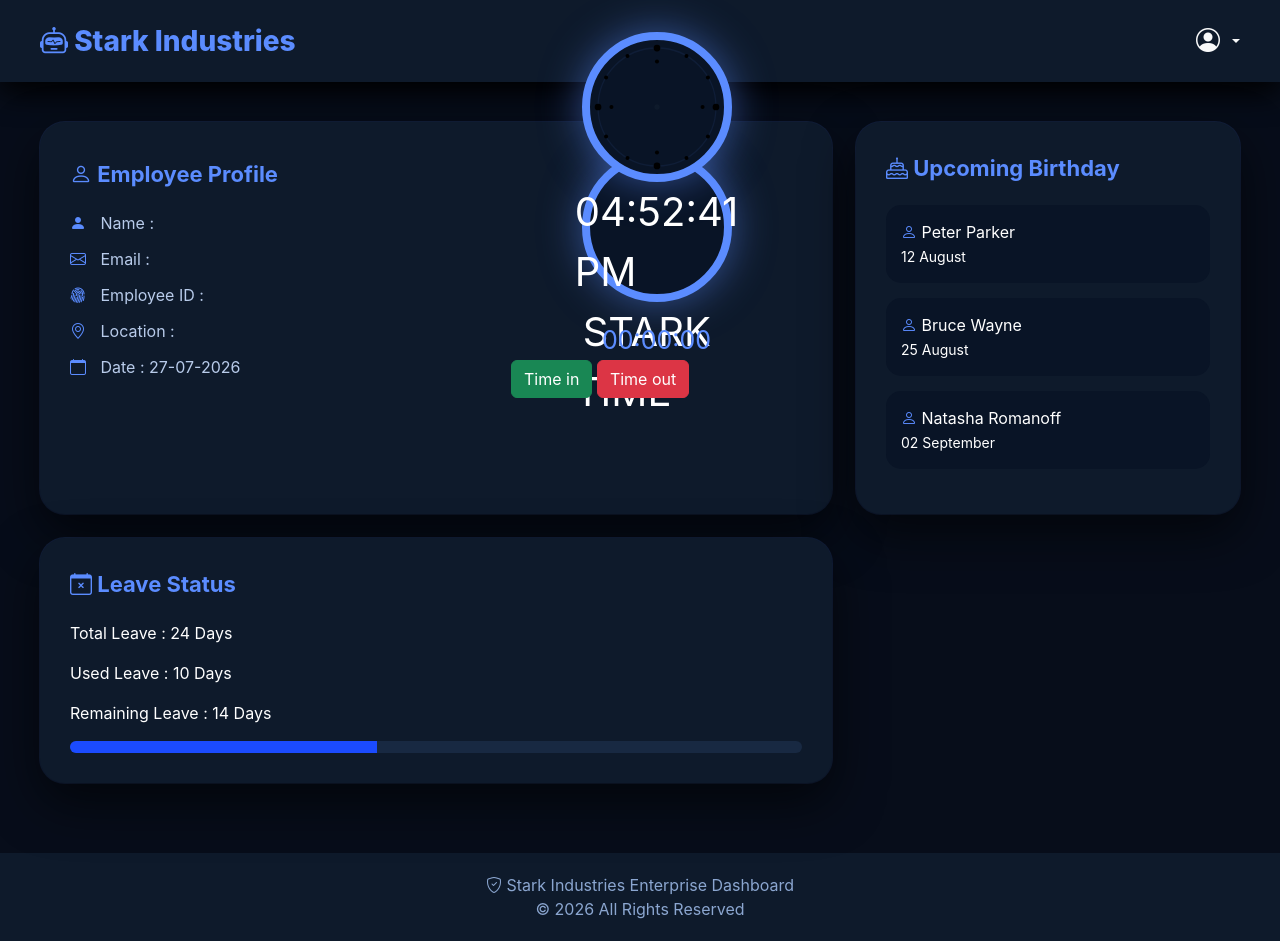
Repository: abhinav050799/office-management-
Page: resources/views/dashboard.blade.php
An editor plug-in stored every save of this project. The page is shown before and after the next save, followed by the edit.
The browser window is 1280 px wide. The pictures show the whole page.
The page is served by the project's Laravel application, run on PHP 8.4 with Laravel 12. Other server files are loaded and not shown. The template is opened directly, without the code that normally fills it, so the values that code supplies are empty.

Above is the page before, as saved 2026-07-27 17:07:03.

### routes/web.php
<?php

use Illuminate\Support\Facades\Route;
use App\Http\Controllers\UserController;
Route::get('/', function () {
    return view('welcome');
});

Route::controller(UserController::class)->group(function(){
Route::get('/login', 'loginForm')->name('login');
Route::get('/register', 'registerForm')->name('register');
Route::post('/registeruser', 'register')->name('registeruser');
Route::post('/loginUser', 'login')->name('loginUser');
Route::get('/dashboard','dashboard')->name('dashboard');
Route::post('/logout', 'logout')->name('logout');
Route::get('/profile', 'profile')->name('profile');
Route::post('/profileUpdate', 'profileUpdate')->name('profileUpdate');
});

### resources/views/dashboard.blade.php
@include('layout.header')


    <!-- DASHBOARD -->


    <div class="dashboard">


        <div class="row g-4">


            <!-- LEFT USER BOX -->


            <div class="col-lg-8">


                <div class="card-box">


                    <div class="row align-items-center">


                        <!-- USER DETAILS -->

                        <div class="col-md-7">


                            <div class="title">

                                <i class="bi bi-person"></i>
                                Employee Profile

                            </div>


                            <div class="user-detail">


                                <p>
                                    <i class="bi bi-person-fill"></i>
                                    Name : {{ $data->name }}
                                </p>


                                <p>
                                    <i class="bi bi-envelope"></i>
                                    Email : {{ $data->email }}
                                </p>


                                <p>
                                    <i class="bi bi-fingerprint"></i>
                                    Employee ID : {{ $data->account_id }}
                                </p>


                                <p>
                                    <i class="bi bi-geo-alt"></i>
                                    Location : {{ $data->address }}
                                </p>


                                <p>
                                    <i class="bi bi-calendar"></i>
                                    Date : {{ now()->format('d-m-Y') }}
                                </p>


                            </div>


                        </div>



                        <!-- WATCH -->


                        <div class="col-md-5">


                            <div class="watch">

                                <!-- <i class="bi bi-clock"></i> -->

                                 <div class="clock-card">

    <!-- MODERN WATCH FACE (SVG) -->
    <div class="watch" id="watchFace">
      <svg viewBox="0 0 100 100" class="clock-svg" id="clockSvg">
        <!-- HOUR MARKERS (12, 3, 6, 9) -->
        <circle cx="50" cy="50" r="44" fill="none" stroke="rgba(91,140,255,0.08)" stroke-width="1"/>

        <!-- 12 major markers (only 4 are big, rest small) -->
        <g id="markers">
          <!-- will be generated by JS but we can hardcode a few for demo -->
          <circle cx="50" cy="6" r="2.5" class="marker-major"/>
          <circle cx="50" cy="94" r="2.5" class="marker-major"/>
          <circle cx="6" cy="50" r="2.5" class="marker-major"/>
          <circle cx="94" cy="50" r="2.5" class="marker-major"/>

          <!-- minor markers (approx) -->
          <circle cx="50" cy="16" r="1.5" class="marker"/>
          <circle cx="50" cy="84" r="1.5" class="marker"/>
          <circle cx="16" cy="50" r="1.5" class="marker"/>
          <circle cx="84" cy="50" r="1.5" class="marker"/>

          <circle cx="72" cy="12" r="1.5" class="marker"/>
          <circle cx="28" cy="12" r="1.5" class="marker"/>
          <circle cx="72" cy="88" r="1.5" class="marker"/>
          <circle cx="28" cy="88" r="1.5" class="marker"/>

          <circle cx="88" cy="28" r="1.5" class="marker"/>
          <circle cx="88" cy="72" r="1.5" class="marker"/>
          <circle cx="12" cy="28" r="1.5" class="marker"/>
          <circle cx="12" cy="72" r="1.5" class="marker"/>
        </g>

        <!-- HANDS (they rotate around 50,50) -->
        <!-- HOUR hand -->
        <line x1="50" y1="50" x2="50" y2="28" class="hand hour-hand" id="hourHand"/>
        <!-- MINUTE hand -->
        <line x1="50" y1="50" x2="50" y2="20" class="hand minute-hand" id="minuteHand"/>
        <!-- SECOND hand -->
        <line x1="50" y1="50" x2="50" y2="14" class="hand second-hand" id="secondHand"/>

        <!-- center cap -->
        <circle cx="50" cy="50" class="center-dot"/>
        <circle cx="50" cy="50" r="2" fill="#0e1a2b"/> <!-- inner dot for depth -->
      </svg>
    </div>

    <!-- DIGITAL TIME (matches your .time style but upgraded) -->
    <div class="digital-time" id="clock">00:00:00</div>
    <div class="clock-label">
      <i class="fas fa-clock" style="color: #5b8cff; margin-right: 8px;"></i> STARK TIME
    </div>

  </div>
                            </div>


                            <div class="time" id="clock">

                                00:00:00

                            </div>

                            <div class="timeinout">
                                <button class="btn btn-success">Time in</button>
                                <button class="btn btn-danger">Time out </button>
                            </div>


                        </div>


                    </div>


                </div>



            </div>





            <!-- RIGHT BIRTHDAY BOX -->


            <div class="col-lg-4">


                <div class="card-box">


                    <div class="title">

                        <i class="bi bi-cake"></i>

                        Upcoming Birthday

                    </div>



                    <div class="employee">

                        <i class="bi bi-person"></i>

                        Peter Parker

                        <br>

                        <small>

                            12 August

                        </small>

                    </div>



                    <div class="employee">

                        <i class="bi bi-person"></i>

                        Bruce Wayne

                        <br>

                        <small>

                            25 August

                        </small>

                    </div>



                    <div class="employee">

                        <i class="bi bi-person"></i>

                        Natasha Romanoff

                        <br>

                        <small>

                            02 September

                        </small>

                    </div>



                </div>


            </div>




            <!-- LEAVE STATUS -->


            <div class="col-lg-8">


                <div class="card-box">


                    <div class="title">

                        <i class="bi bi-calendar-x"></i>

                        Leave Status

                    </div>


                    <p>
                        Total Leave : 24 Days
                    </p>


                    <p>
                        Used Leave : 10 Days
                    </p>


                    <p>
                        Remaining Leave : 14 Days
                    </p>



                    <div class="progress">

                        <div class="progress-bar" style="width:42%">

                        </div>

                    </div>


                </div>


            </div>





        </div>


    </div>




@include('layout.footer')





    <script>


        function clock() {

            let date = new Date();

            // let time = date.toLocaleTimeString();
  let time = date.toLocaleTimeString('en-IN', {
        hour: '2-digit',
        minute: '2-digit',
        second: '2-digit',
        hour12: true
    });

            document.getElementById("clock").innerHTML = time;


        }


        setInterval(clock, 1000);


        clock();


    </script>

    <script>
    (function() {
      "use strict";

      // DOM refs
      const hourHand = document.getElementById('hourHand');
      const minuteHand = document.getElementById('minuteHand');
      const secondHand = document.getElementById('secondHand');
      const digitalClock = document.getElementById('clock');

      // ─── CLOCK UPDATE ───
      function updateClock() {
        const now = new Date();
        let hours = now.getHours();
        const minutes = now.getMinutes();
        const seconds = now.getSeconds();

        // 12-hour format for display (optional, but we keep 24h for digital)
        const ampm = hours >= 12 ? 'PM' : 'AM';
        const displayHours = hours % 12 || 12;
        const pad = (n) => String(n).padStart(2, '0');

        // Digital time (with AM/PM)
        digitalClock.textContent =
          `${pad(displayHours)}:${pad(minutes)}:${pad(seconds)} ${ampm}`;

        // ── SVG hand angles (in degrees) ──
        // second hand: 360° / 60 = 6° per second
        const secDeg = seconds * 6;
        // minute hand: 360° / 60 = 6° per minute + slight movement from seconds
        const minDeg = minutes * 6 + seconds * 0.1;
        // hour hand: 360° / 12 = 30° per hour + movement from minutes
        const hourDeg = (hours % 12) * 30 + minutes * 0.5;

        // apply rotation (SVG uses transform="rotate(deg, cx, cy)")
        // our hands are drawn from (50,50) to (50, y2) so we rotate around 50,50
        hourHand.setAttribute('transform', `rotate(${hourDeg}, 50, 50)`);
        minuteHand.setAttribute('transform', `rotate(${minDeg}, 50, 50)`);
        secondHand.setAttribute('transform', `rotate(${secDeg}, 50, 50)`);
      }

      // ─── RUN & SYNC ───
      updateClock();
      // update every second (1000 ms)
      setInterval(updateClock, 1000);

      // (optional) smooth second hand: we could use requestAnimationFrame,
      // but setInterval is fine for this demo.

      // ─── FORCE REDRAW ON VISIBILITY CHANGE (optional) ───
      document.addEventListener('visibilitychange', () => {
        if (!document.hidden) updateClock();
      });

    })();
  </script>
<script src="https://cdn.jsdelivr.net/npm/bootstrap@5.3.2/dist/js/bootstrap.bundle.min.js"></script>


</body>

</html>

### resources/views/layout/header.blade.php
<!DOCTYPE html>
<html lang="en">

<head>
    <meta charset="UTF-8">
    <meta name="viewport" content="width=device-width, initial-scale=1.0">

    <title>Stark Industries Dashboard</title>

    <link href="https://cdn.jsdelivr.net/npm/bootstrap@5.3.2/dist/css/bootstrap.min.css" rel="stylesheet">

    <link href="https://cdn.jsdelivr.net/npm/bootstrap-icons@1.11.3/font/bootstrap-icons.css" rel="stylesheet">

    <style>
        * {
            margin: 0;
            padding: 0;
            box-sizing: border-box;
        }

        body {
            font-family: 'Inter', sans-serif;
            background: #070d1a;
            color: #fff;
            min-height: 100vh;
        }


        /* HEADER */

        .header {
            background: #0e1a2b;
            padding: 20px 40px;
            box-shadow: 0 10px 30px #000;
        }

        .logo {
            font-size: 28px;
            font-weight: 800;
            color: #5b8cff;
        }

        .header a {
            color: #9bb2d9;
            text-decoration: none;
        }


        /* MAIN */

        .dashboard {
            padding: 40px;
        }


        /* CARDS */

        .card-box {

            background: #0e1a2b;
            border-radius: 25px;
            padding: 30px;

            box-shadow:
                0 20px 50px rgba(0, 0, 0, .6),
                0 0 0 1px rgba(91, 140, 255, .15);

            height: 100%;
        }


        .title {

            color: #5b8cff;
            font-size: 22px;
            font-weight: 700;

            margin-bottom: 20px;

        }


        /* USER */

        .user-detail p {

            color: #b8cbea;
            margin-bottom: 12px;

        }


        .user-detail i {

            color: #5b8cff;
            margin-right: 10px;

        }


        /* WATCH */

        .watch {

            width: 150px;
            height: 150px;

            border-radius: 50%;

            background: #091426;

            border: 8px solid #5b8cff;

            display: flex;
            justify-content: center;
            align-items: center;

            margin: auto;

            font-size: 40px;

            box-shadow:
                0 0 40px rgba(91, 140, 255, .5);

        }


        .time {

            text-align: center;

            margin-top: 20px;

            font-size: 25px;

            color: #5b8cff;

        }


        /* BIRTHDAY */


        .employee {

            background: #091426;

            padding: 15px;

            border-radius: 15px;

            margin-bottom: 15px;

        }


        .employee i {

            color: #5b8cff;

        }



        /* LEAVE */


        .progress {

            height: 12px;

            background: #182942;

        }

        .progress-bar {

            background: #1b4bff;

        }


        /* FOOTER */


        .footer {

            background: #0e1a2b;

            padding: 20px;

            text-align: center;

            color: #8ba6d0;

            margin-top: 30px;

        }


        @media(max-width:768px) {

            .dashboard {
                padding: 20px;
            }

            .header {
                padding: 20px;
            }

        }
        .dropdown-menu{
    background:#0e1a2b;
    border:1px solid rgba(91,140,255,.2);
    border-radius:15px;
    padding:10px;
}

.dropdown-item{
    color:#bdd2f5;
    border-radius:10px;
}

.dropdown-item:hover{
    background:#1b4bff;
    color:white;
}

    </style>

</head>


<body>


    <!-- HEADER -->

    <header class="header">

        <div class="d-flex justify-content-between align-items-center">

            <div class="logo">

                <i class="bi bi-robot"></i>
                Stark Industries

            </div>


            <div class="dropdown">

                <a class="dropdown-toggle text-decoration-none text-light d-flex align-items-center gap-2" href="#"
                    role="button" data-bs-toggle="dropdown" aria-expanded="false">

                    <i class="bi bi-person-circle fs-4"></i>

                    {{ session('username') }}

                </a>


                <ul class="dropdown-menu dropdown-menu-end">

                    <li>
                        <a class="dropdown-item" href="{{ url('profile') }}">
                            <i class="bi bi-gear me-2"></i>
                            Settings
                        </a>
                    </li>


                    <li>
                        <hr class="dropdown-divider">
                    </li>


                    <li>

                        <form method="POST" action="{{ route('logout') }}">

                            @csrf

                            <button type="submit" class="dropdown-item text-danger">

                                <i class="bi bi-box-arrow-right me-2"></i>
                                Logout

                            </button>

                        </form>

                    </li>


                </ul>

            </div>


        </div>

    </header>

### resources/views/layout/footer.blade.php
    <!-- FOOTER -->


    <footer class="footer">


        <i class="bi bi-shield-check"></i>

        Stark Industries Enterprise Dashboard

        <br>

        © 2026 All Rights Reserved


    </footer>

After the next save:
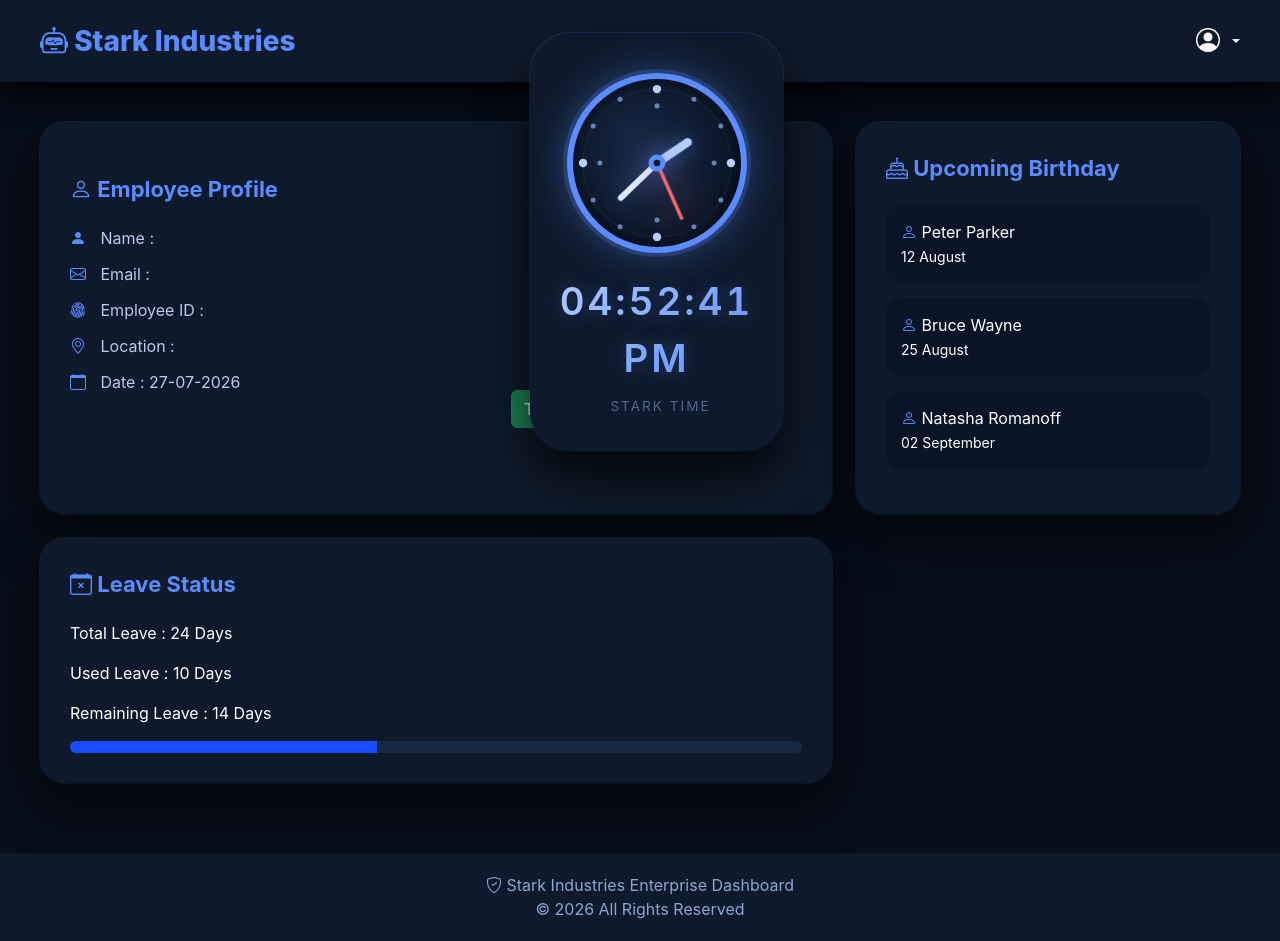
Saved 18 s later.
--- a/resources/views/dashboard.blade.php
+++ b/resources/views/dashboard.blade.php
@@ -402,6 +402,133 @@
 
     })();
   </script>
+
+  <style>
+       /* ─── CARD (exactly like your .watch container) ─── */
+    .clock-card {
+      background: #0e1a2b;
+      border-radius: 40px;
+      padding: 40px 30px 35px;
+      box-shadow: 0 25px 50px rgba(0, 0, 0, 0.8), 0 0 0 1px rgba(91, 140, 255, 0.2);
+      text-align: center;
+      width: 340px;
+      transition: all 0.2s ease;
+    }
+
+    /* ─── MODERN WATCH FACE ─── */
+    .watch {
+      width: 180px;
+      height: 180px;
+      margin: 0 auto 20px;
+      border-radius: 50%;
+      background: radial-gradient(circle at 30% 30%, #14243e, #091426);
+      border: 6px solid #5b8cff;
+      box-shadow:
+        0 0 0 4px rgba(91, 140, 255, 0.2),
+        0 0 40px rgba(91, 140, 255, 0.4),
+        inset 0 0 30px rgba(0, 0, 0, 0.7);
+      display: flex;
+      justify-content: center;
+      align-items: center;
+      position: relative;
+      transition: box-shadow 0.3s;
+    }
+
+    /* subtle glow on hover */
+    .watch:hover {
+      box-shadow:
+        0 0 0 6px rgba(91, 140, 255, 0.25),
+        0 0 60px rgba(91, 140, 255, 0.6),
+        inset 0 0 30px rgba(0, 0, 0, 0.7);
+    }
+
+    /* ─── CLOCK HANDS (SVG) ─── */
+    .clock-svg {
+      width: 100%;
+      height: 100%;
+      transform: rotate(-90deg);   /* 12 o'clock = top */
+    }
+
+    /* hands – all start at 12 o'clock */
+    .hand {
+      stroke-linecap: round;
+      transition: transform 0.05s linear;  /* smooth tick */
+    }
+
+    .hour-hand {
+      stroke: #b8d0ff;
+      stroke-width: 5;
+      filter: drop-shadow(0 0 6px rgba(91, 140, 255, 0.5));
+    }
+
+    .minute-hand {
+      stroke: #e0ecff;
+      stroke-width: 3.5;
+      filter: drop-shadow(0 0 8px rgba(91, 140, 255, 0.6));
+    }
+
+    .second-hand {
+      stroke: #ff6b6b;
+      stroke-width: 2;
+      filter: drop-shadow(0 0 12px #ff6b6b);
+    }
+
+    /* center dot */
+    .center-dot {
+      fill: #5b8cff;
+      r: 5;
+      filter: drop-shadow(0 0 10px #5b8cff);
+    }
+
+    /* hour markers (tiny dots) */
+    .marker {
+      fill: #8aafe6;
+      opacity: 0.7;
+    }
+    .marker-major {
+      fill: #b8d0ff;
+      opacity: 1;
+    }
+
+    /* ─── DIGITAL TIME (below watch) ─── */
+    .digital-time {
+      font-size: 2.4rem;
+      font-weight: 600;
+      letter-spacing: 3px;
+      background: linear-gradient(135deg, #b8d0ff, #5b8cff);
+      -webkit-background-clip: text;
+      -webkit-text-fill-color: transparent;
+      background-clip: text;
+      text-shadow: 0 0 20px rgba(91, 140, 255, 0.3);
+      margin-top: 6px;
+      font-variant-numeric: tabular-nums;
+    }
+
+    /* small date / label */
+    .clock-label {
+      color: #6d89b8;
+      font-size: 0.85rem;
+      letter-spacing: 2px;
+      text-transform: uppercase;
+      margin-top: 8px;
+      opacity: 0.7;
+    }
+
+    /* ─── RESPONSIVE TWEAK ─── */
+    @media (max-width: 480px) {
+      .clock-card {
+        width: 290px;
+        padding: 30px 20px 25px;
+      }
+      .watch {
+        width: 150px;
+        height: 150px;
+      }
+      .digital-time {
+        font-size: 2rem;
+      }
+    }
+  </style>
 <script src="https://cdn.jsdelivr.net/npm/bootstrap@5.3.2/dist/js/bootstrap.bundle.min.js"></script>
 
 
